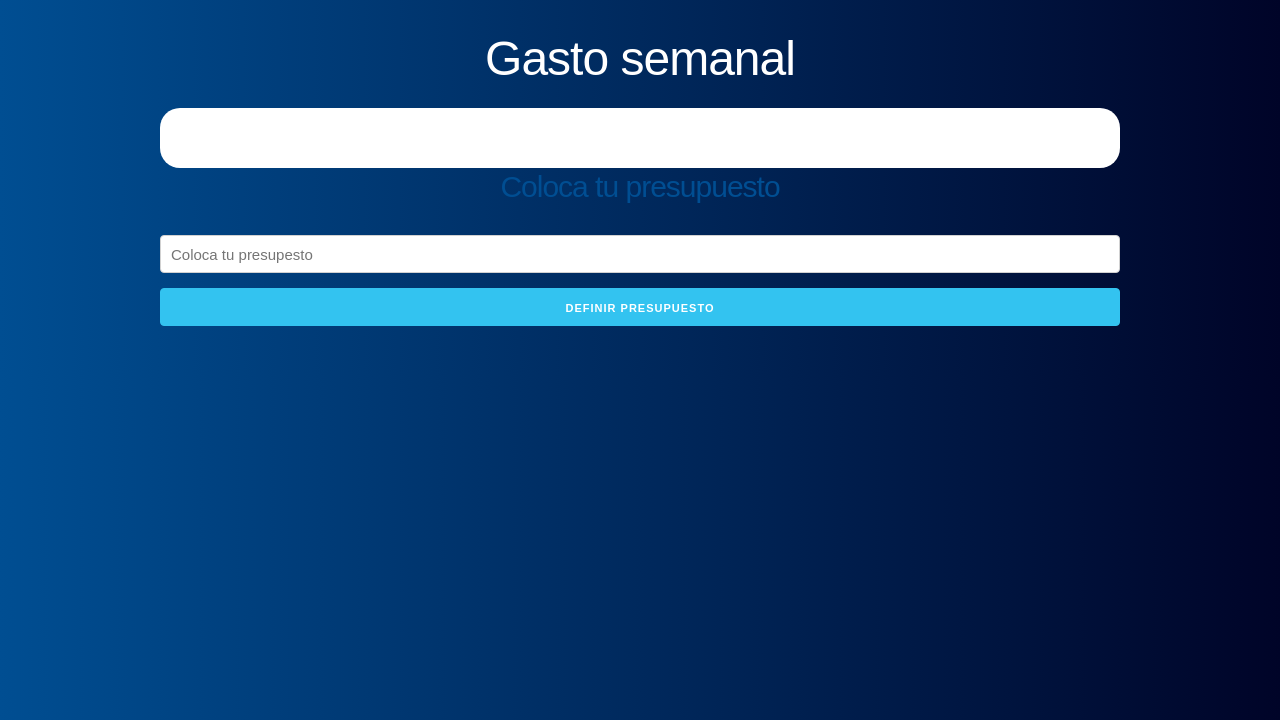
Repository: leonmezu1/presupuesto
Page: /
An editor plug-in stored every save of this project. The page is shown before and after the next save, followed by the edit.
The browser window is 1280 px wide. The pictures show the whole page.
The project was rebuilt for these pictures with package versions that can differ from the ones it lists, and the page was loaded fresh each time.

Above is the page before, as saved 2020-10-07 10:53:36.

After the next save:
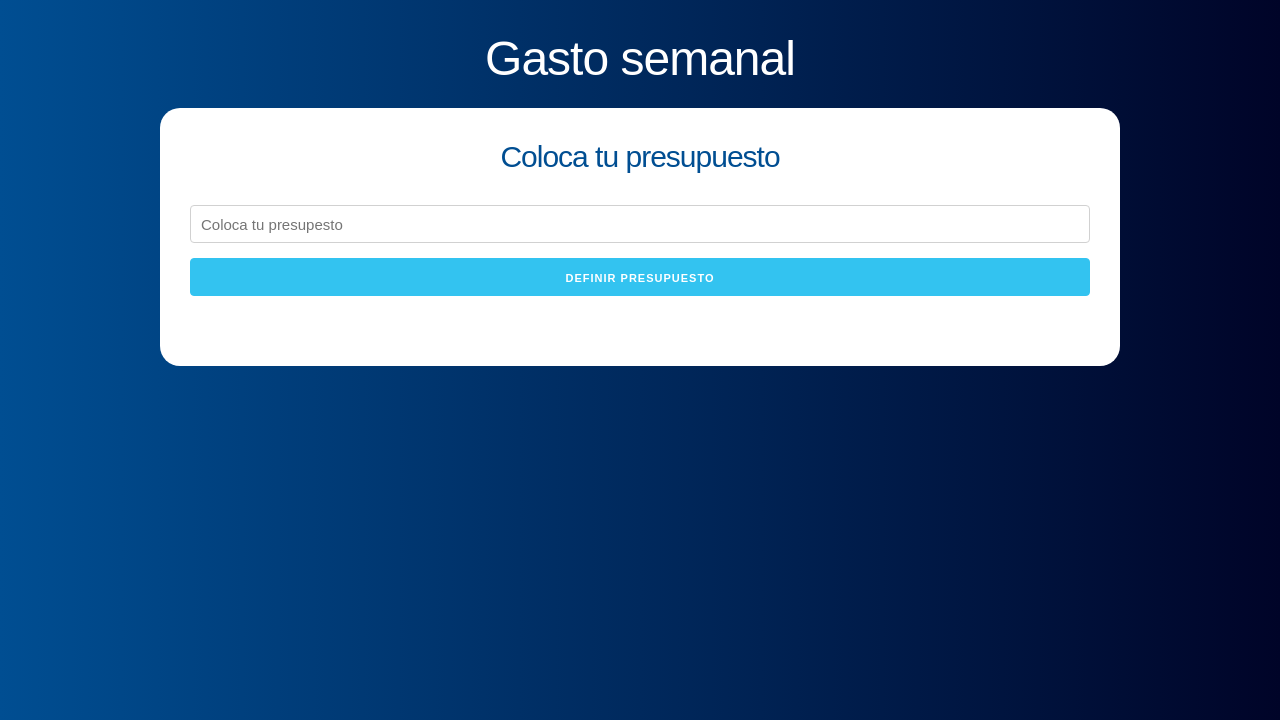
Saved 18 s later.
--- a/src/App.js
+++ b/src/App.js
@@ -6,10 +6,9 @@ function App() {
     <div className="container">
       <header>
         <h1>Gasto semanal</h1>
-        <div className="contenido-principal">
-
+        <div className="contenido-principal contenido">
+          <Pregunta />
         </div>
-        <Pregunta />
       </header>
     </div>
   );
